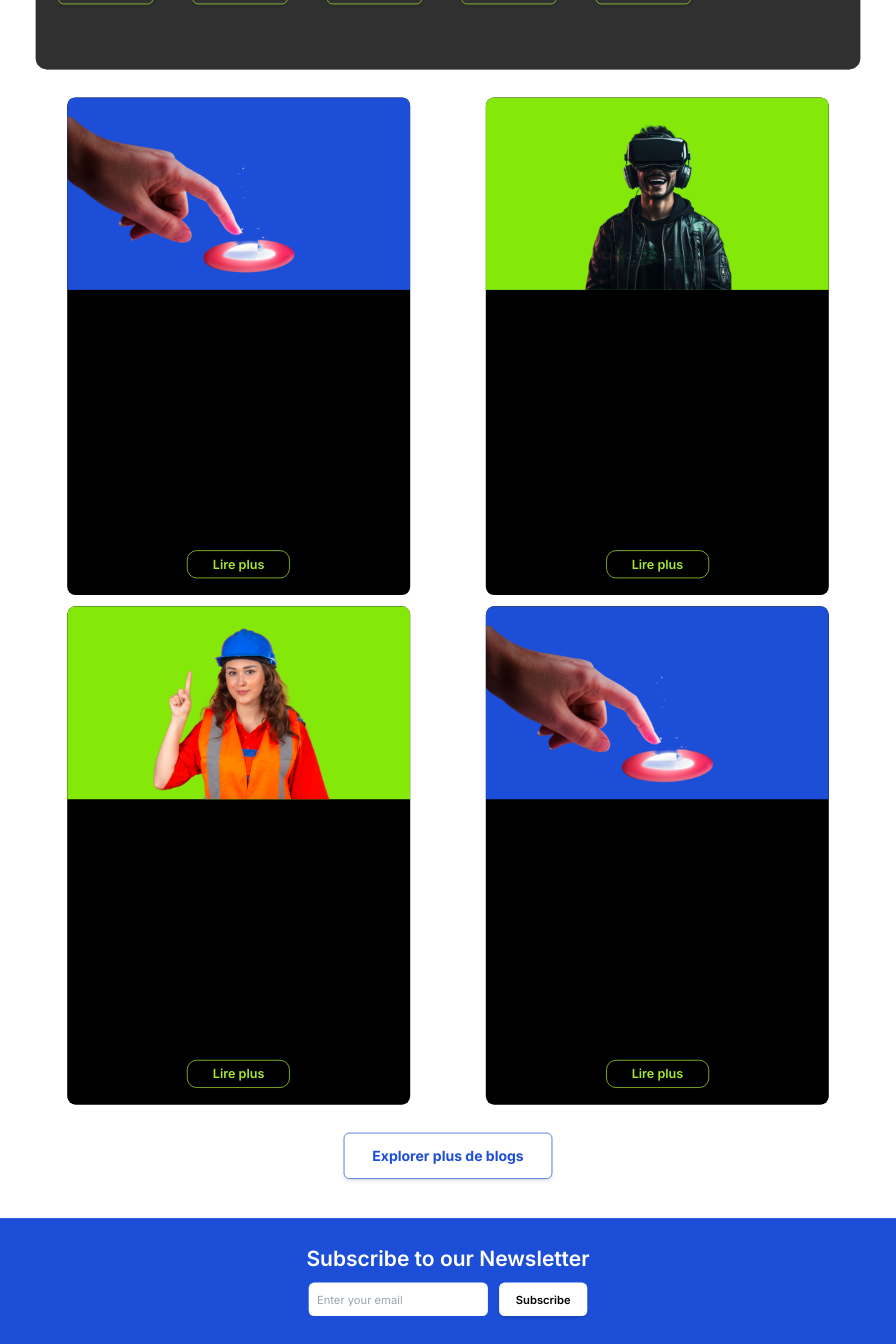
Repository: NassimeElkamari/test
Page: /blogs
These files come from the project's save history. The page is drawn as it stood at one moment and after a run of saves; the edit follows.
The browser window is 1280 px wide. The pictures show the part of the page from y = 553 to 2473 px (the page is 2473 px tall), at 70% of full size.
Pictures or frames that could not be fetched are drawn as grey boxes. The project was rebuilt for these pictures with package versions that can differ from the ones it lists, and the page was loaded fresh each time. The framework's server and built-in components were replaced by stand-ins that run in the browser. Also part of the build but not shown: next.config.mjs.

Above is the page before, as saved 2024-06-12 16:12:51.

### src/app/blogs/page.tsx
import Image from 'next/image';
import React from 'react';
import { MdDateRange } from "react-icons/md";
import BlogCard from '../../components/BlogCard';
import { cardData } from '../../data/cardData';

const Blog = () => {
  return (
    <div className='bg-white'>
      <div className='flex justify-center'>
        <h1 className="text-4xl font-bold text-center">Blog</h1>
      </div>
      <div className="relative w-[92vw] h-[85vh] mx-auto overflow-hidden bg-black pt-5 pl-8 flex flex-col justify-start rounded-2xl">
        <Image
          src="/bgImage.jpg"
          layout="fill"
          objectFit="cover"
          objectPosition="top"
          quality={100}
          alt="Background Image"
          className="opacity-30 bg-black"
        />
        <div className="absolute inset-0 flex flex-col justify-center text-white mt-[6%] p-4 pl-8">
          <h1 className="text-[52px] font-semibold mb-4">
            Ouvrez les portes de la connaissance <br /> avec nos Blogs stimulants
          </h1>
          <p className="text-[17px] mb-8">
            Découvrez les dernières actualités de 2peerfect dans une multitude de domaines passionnants. <br />Plongez-vous dans nos articles pour rester à jour sur les tendances les plus récentes en technologie, <br /> santé mentale, Design, Business, et bien plus encore. Avec une expertise diversifiée et des perspectives variées,<br /> 2peerfect vous offre un aperçu complet et captivant des développements les plus récents à travers différents secteurs.<br /> Ne manquez rien de ce qui se passe dans le monde, suivez 2peerfect pour rester informé et inspiré.
          </p>
          <div className="flex flex-wrap justify-between space-x-4 w-[80%]">
            <div className="bg-transparent rounded-lg shadow-md w-[15%] h-10 mb-4 border border-[#A7E92F] flex items-center justify-center">
              <h2 className="text-lg font-semibold text-center">Marketing</h2>
            </div>
            <div className="bg-transparent rounded-lg shadow-md w-[15%] h-10 mb-4 border border-[#A7E92F] flex items-center justify-center">
              <h2 className="text-lg font-semibold text-center">Design</h2>
            </div>
            <div className="bg-transparent rounded-lg shadow-md w-[15%] h-10 mb-4 border border-[#A7E92F] flex items-center justify-center">
              <h2 className="text-lg font-semibold text-center">Business</h2>
            </div>
            <div className="bg-transparent rounded-lg shadow-md w-[15%] h-10 mb-4 border border-[#A7E92F] flex items-center justify-center">
              <h2 className="text-lg font-semibold text-center">IT</h2>
            </div>
            <div className="bg-transparent rounded-lg shadow-md w-[15%] text-center h-10 mb-4 border border-[#A7E92F] flex items-center justify-center">
              <h2 className="text-lg font-semibold">Psychologie</h2>
            </div>
            {/* Add more cards as needed */}
          </div>
        </div>
      </div>
      <div className='second-section w-[85vw] mx-auto mt-10 flex justify-center'>
        <div className="flex flex-wrap gap-4 justify-between ">
          {cardData.map((card) => (
            <BlogCard
              key={card.id}
              imageSrc={card.imageSrc}
              title={card.title}
              description={card.description}
              date={card.date}
              color={card.background}
            />
          ))}
        </div>
      </div>
      <div className="flex justify-center mt-10">
        <button className=" text-white rounded-lg shadow-md  text-center mx-10 my-4 px-10 py-8 h-10 border border-[#1D4ED8] flex items-center justify-center">
          <h2 className="text-xl font-bold text-[#1D4ED8]">Explorer plus de blogs </h2>
        </button>
      </div>
      <div className="bg-[#1D4ED8] py-10 mt-10 flex flex-col items-center justify-center">
        <h2 className="text-3xl font-semibold text-white mb-4">Subscribe to our Newsletter</h2>
        <div className="flex flex-col items-center sm:flex-row">
          <input
            type="email"
            placeholder="Enter your email"
            className="w-64 p-3 mb-4 sm:mb-0 sm:mr-4 rounded-lg focus:outline-none"
          />
          <button className="bg-white text-[] font-semibold py-3 px-6 rounded-lg shadow-md hover:bg-gray-200">
            Subscribe
          </button>
        </div>
      </div>
    </div>
  );
};

export default Blog;

### src/components/BlogCard.tsx
import Image from 'next/image'
import React from 'react'
import { MdDateRange } from "react-icons/md";


const BlogCard = ({ imageSrc, title, description, date , color}) => {
  return (
    <div className='w-[45%] h-[50%] bg-black rounded-xl flex flex-col'>
    <div className="w-[100%] h-2/5 relative">
        <Image
        src={imageSrc}
        layout='responsive'
        height={100}
        width={100}
        alt="Card Image"
        className="w-full h-full rounded-t-xl "
        style={{backgroundColor: `${color}`}}
        />
    </div>
    <div className="pt-14 flex justify-center items-center flex-col px-5">
        <h1 className="text-[32px] font-semibold">{title}</h1>
        <p className="text-md mt-5">{description}</p>
    </div>
    <div className="flex items-center justify-end mt-10 mr-2">
        <MdDateRange width={70} height={70} className='mr-4'/>
        <p className="mr-2">{date}</p>
    </div>
    <div className="flex justify-center mt-8 mb-6"> {/* Added justify-center class */}
        <button className="bg-black rounded-[14px] shadow-md w-[30%] text-center h-10 border border-[#A7E92F] flex items-center justify-center">
        <h2 className="text-lg font-semibold text-[#A7E92F]">Lire plus</h2> {/* Added text-white class */}
        </button>
    </div>
    </div>
  )
}

export default BlogCard

### src/data/cardData.js
export const cardData = [
  {
    id: 1,
    imageSrc: "/card11.png",
    title: "L'impact des médias sociaux sur la santé mental",
    description: "Discuter de la façon dont les likes, les commentaires et les partages peuvent devenir une mesure de notre valeur personnelle, et comment cela peut affecter notre estime de soi et notre bien-être émotionnel...",
    date: "11 Décembre 2023",
    background: '#1D4ED8' // Background color for the first card
  },
  {
    id: 2,
    imageSrc: "/card22.png",
    title: "L’inovation technologique dans l’éducation",
    description: "Reconnaître les défis liés à l'intégration de la technologie dans l'éducation, tels que l'accès inégal aux ressources technologiques et les préoccupations concernant la dépendance excessive à la technologie...",
    date: "11 Décembre 2023",
    background: '#84e809' // Background color for the second card
  },
  {
    id: 3,
    imageSrc: "/card33.png",
    title: "L’inovation technologique dans l’éducation",
    description: "Reconnaître les défis liés à l'intégration de la technologie dans l'éducation, tels que l'accès inégal aux ressources technologiques et les préoccupations concernant la dépendance excessive à la technologie...",
    date: "11 Décembre 2023",
    background: '#84e809' // Background color for the third card
  },
  {
    id: 4,
    imageSrc: "/card11.png",
    title: "L'impact des médias sociaux sur la santé mental",
    description: "Discuter de la façon dont les likes, les commentaires et les partages peuvent devenir une mesure de notre valeur personnelle, et comment cela peut affecter notre estime de soi et notre bien-être émotionnel...",
    date: "11 Décembre 2023",
    background: '#1D4ED8' // Background color for the fourth card
  },
];

Loaded but not shown: src/app/layout.tsx (common file); src/app/globals.css (common file); tailwind.config.ts (common file)

After the next 2 saves:
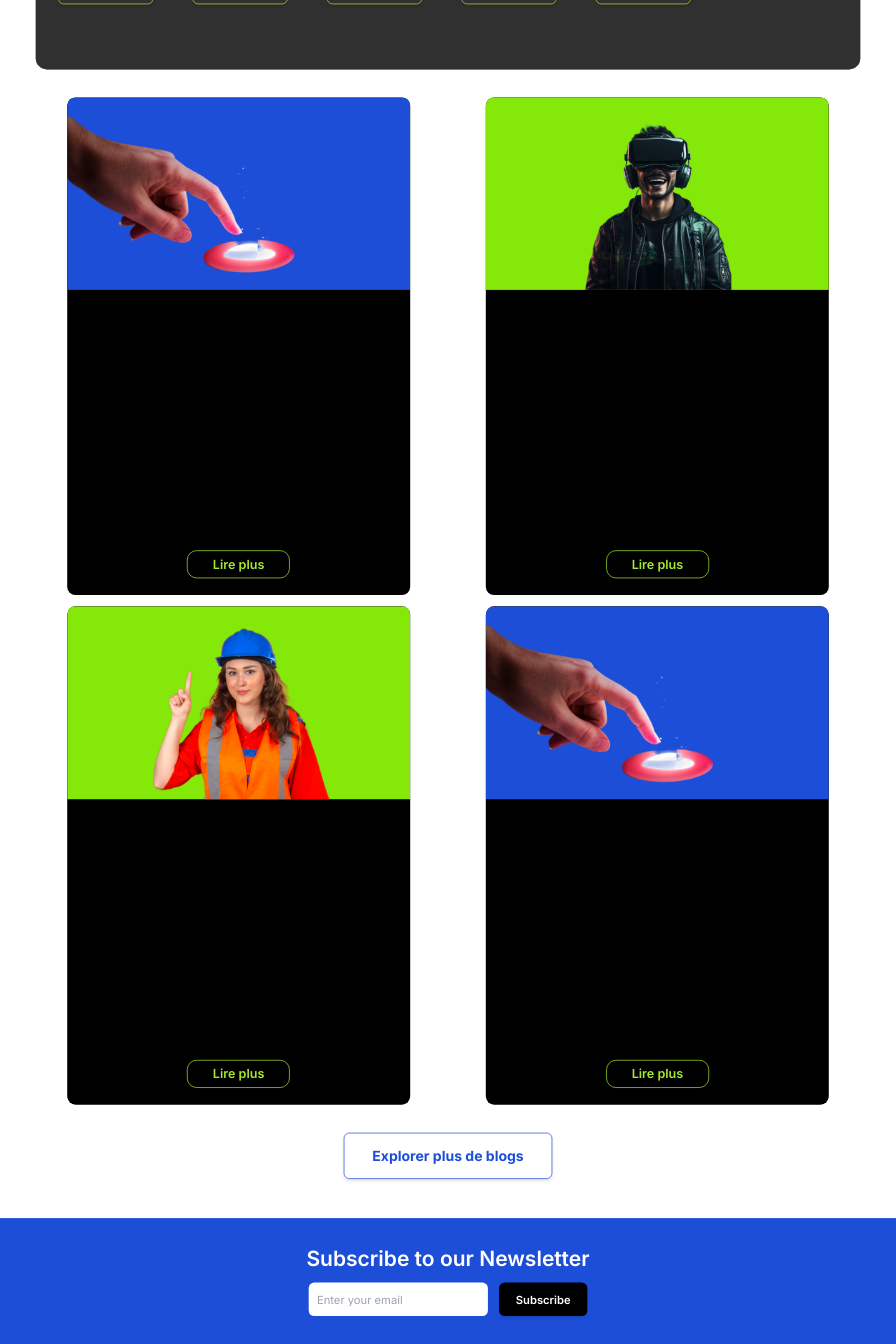
The 2 saves are shown as one change because they came seconds apart.
The last was saved 7 s later.
--- a/src/app/blogs/page.tsx
+++ b/src/app/blogs/page.tsx
@@ -74,7 +74,7 @@ const Blog = () => {
             placeholder="Enter your email"
             className="w-64 p-3 mb-4 sm:mb-0 sm:mr-4 rounded-lg focus:outline-none"
           />
-          <button className="bg-white text-[] font-semibold py-3 px-6 rounded-lg shadow-md hover:bg-gray-200">
+          <button className="bg-black text-white font-semibold py-3 px-6 rounded-lg shadow-md hover:bg-gray-200">
             Subscribe
           </button>
         </div>
